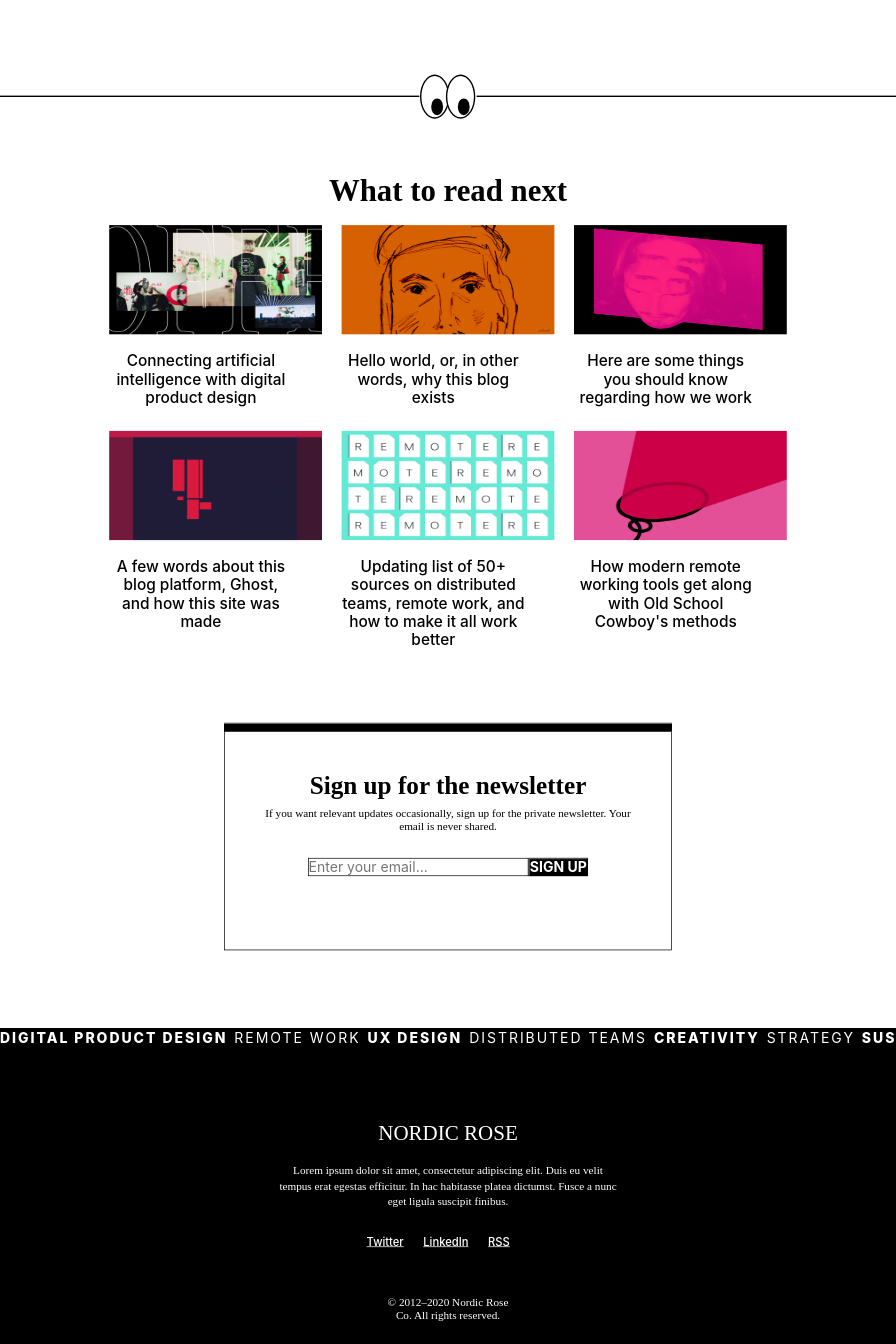
Repository: ThuTrang-jvb/JVB-BT1
Page: Page 3/article.html
The author's editor kept a copy of each file at every save. The page is drawn from the files as they stood at one save, then again after a run of saves.
The browser window is 1280 px wide. The pictures show the part of the page from y = 3931 to 5851 px (the page is 5851 px tall), at 70% of full size.

Above is the page before, as saved 2025-06-30 10:17:54.

After the next 2 saves:
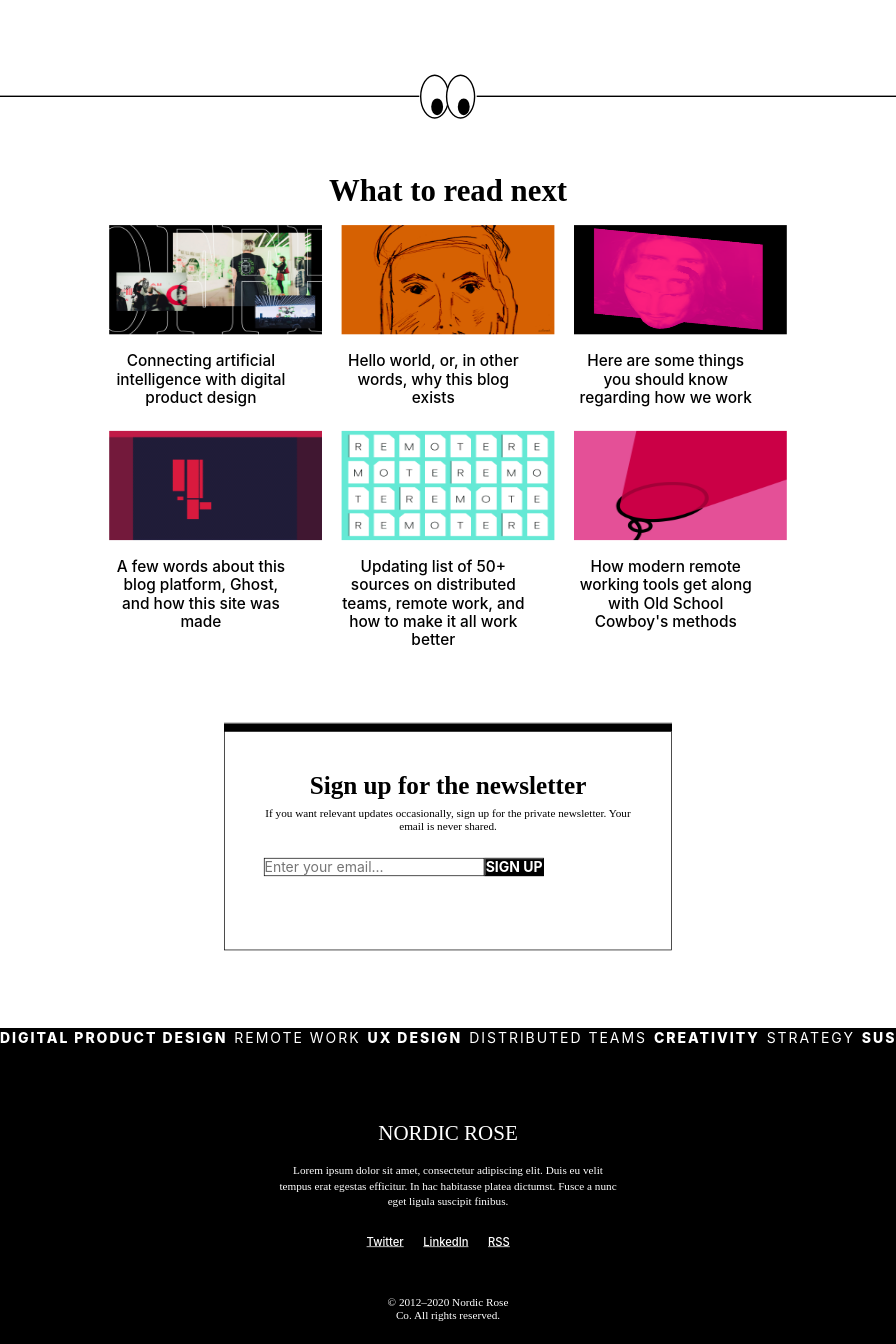
The 2 saves are shown as one change because they came seconds apart.
The last was saved 37 s later.
--- a/Page 3/styleArticle.css
+++ b/Page 3/styleArticle.css
@@ -413,6 +413,7 @@ h3 {
 .email {
     display: flex;
     justify-content: center;
+    width: 512px;
 }
 .frame {
     width: 640px;
